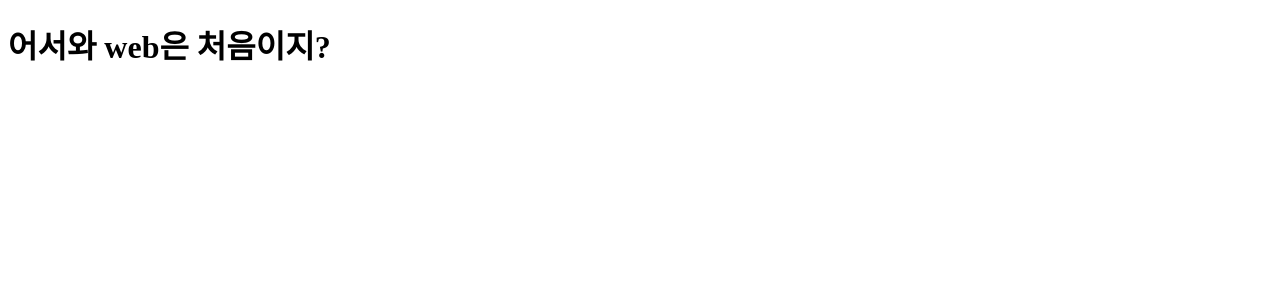
Repository: pje00427/webserver_workspace1
Page: 1_Servlet/WebContent/index.html
An editor plug-in stored every save of this project. The page is shown before and after the next save, followed by the edit.
The browser window is 1280 px wide. The pictures show the whole page.

Above is the page before, as saved 2020-08-27 03:46:43.

### 1_Servlet/WebContent/index.html
<!DOCTYPE html> <!-- HTML5 문서 형식 선언 -->
<html>
<head>
<meta charset="UTF-8">
<title>Insert title here</title>
</head>
<body>
	<!-- http://localhost:8888/웹어플리케이션Context루트명 -->
	<h1>어서와 web은 처음이지?</h1>


</body>
</html>

After the next save:
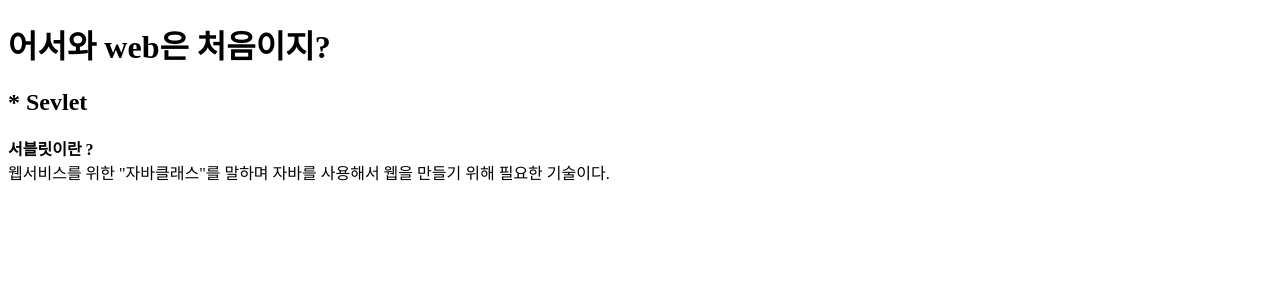
Saved 51 min 26 s later.
--- a/1_Servlet/WebContent/index.html
+++ b/1_Servlet/WebContent/index.html
@@ -5,9 +5,18 @@
 <title>Insert title here</title>
 </head>
 <body>
-	<!-- http://localhost:8888/웹어플리케이션Context루트명 -->
+	<!-- http://localhost:8888/웹어플리케이션Context루트명
+		위와 같은 url로 요청시 보여지는 메인페이지 == index.html
+	 -->
 	<h1>어서와 web은 처음이지?</h1>
 
+	<h2>* Sevlet</h2>
+	<p>
+		<b>서블릿이란 ? </b><br>
+
+		웹서비스를 위한 "자바클래스"를 말하며 자바를 사용해서 웹을 만들기 위해 필요한 기술이다. <br>
+
+	</p>
 
 </body>
 </html>
